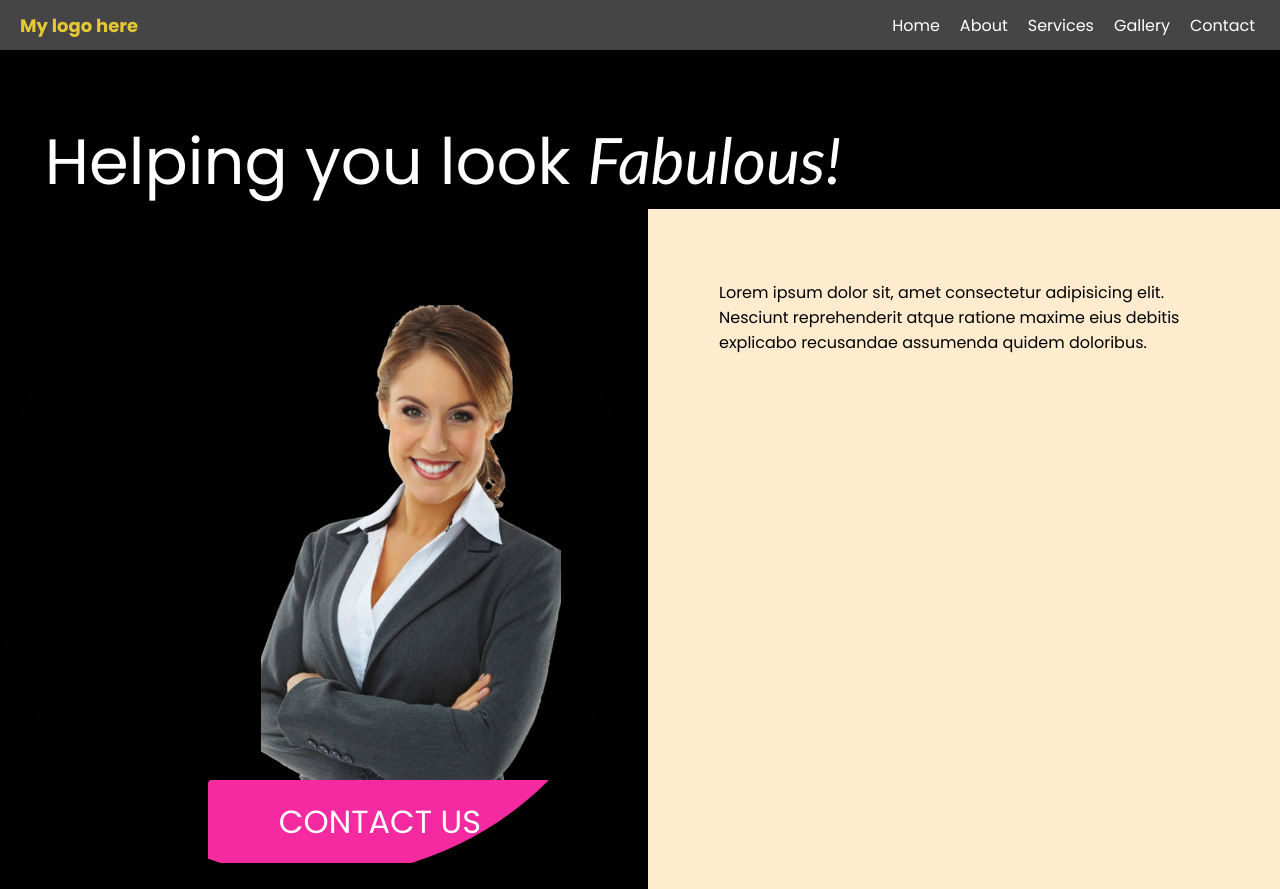
Repository: buzzedison/gardens
Page: index.html
These files come from the project's save history. The page is drawn as it stood at one moment and after the next save; the edit follows.
The browser window is 1280 px wide. The pictures show the whole page.

Above is the page before, as saved 2022-01-12 19:44:46.

### index.html
<!DOCTYPE html>
<html lang="en">
<head>
    <meta charset="UTF-8">
    <meta http-equiv="X-UA-Compatible" content="IE=edge">
    <meta name="viewport" content="width=device-width, initial-scale=1.0">
    <title>Navbar</title>
    <script src="index.js" defer></script>
    <link rel="stylesheet" href="/css/styles.css">
</head>
<body>
    <div>

        <Header>
            <div id="logo"> <a href="/">My logo here</a></div>
            <nav>
<ul>
    <li> <a href="/"> Home</a></li>
    <li> <a href="/"> About</a></li>
    <li> <a href="/"> Services</a></li>
    <li> <a href="/"> Gallery</a></li>
    <li> <a href="/">  Contact</a></li>
</ul>

 </nav>
            <!-- Mobile version -->
            <div id="mobile-icon" onclick="toggleMobileMenu(this)">
                <div class="bar1"></div>
                <div class="bar2"></div>
                <div class="bar3"></div>
                <ul class="mobile-menu">
                  <li><a href="/">Home</a></li>
                  <li><a href="/">About</a></li>
                  <li><a href="/">Services</a></li>
                  <li><a href="/">Gallery</a></li>
                  <li><a href="/">Contact</a></li>

                </ul>
              </div>
        </Header>
        <main class="container">
            <section1>
                <p class="section-title">Helping you look  <span id="fab">Fabulous!</span></p>
                <div class="grid">
                    <div>
                        <p class="text-grid"><img class ="img" src="images/woman.png">
                            <br/>
                            <a href="/" class="button"> CONTACT US </a>

                    </div>

                    <div>
                        <p class="text-grid">
                        Lorem ipsum dolor sit, amet consectetur adipisicing elit.
                        Nesciunt reprehenderit atque ratione maxime eius
                        debitis explicabo recusandae assumenda quidem doloribus. </p>
                    </div>
                </div>
            </section1>

        </main>
    </div>
</body>
</html>

### css/styles.css
@import url("https://fonts.googleapis.com/css2?family=Poppins:wght@400;700&display=swap");

* {
  padding: 0;
  margin: 0;
  box-sizing: border-box;
}

body {
  color: black;
  font-family: "Poppins", sans-serif;
  background-color:black;
}

header a {
  text-decoration: none;
}

header {
  padding: 0 20px;
  background-color: #444544;
  height: 50px;
  display: flex;
  justify-content: space-between;
}

#logo {
  font-weight: bold;
  font-size: 18px;
  display: flex;
  align-items: center;
}

#logo a {
  color: #e6c834;
}

ul {
  list-style: none;
  height: 100%;
  display: flex;
  align-items: center;
  justify-content: space-around;
}

ul a {
  color: white;
}

ul li {
  padding: 5px;
  margin-left: 10px;
}

ul li:hover {
  transform: scale(1.1);
  transition: 0.3s;
}




#mobile-icon {
  margin: auto 0;
  display: none;
  cursor: pointer;
}

#mobile-icon div {
  width: 35px;
  height: 3px;
  background-color: white;

  margin: 6px 0;
  transition: 0.4s;
}

.open .bar1 {
  -webkit-transform: rotate(-45deg) translate(-6px, 6px);
  transform: rotate(-45deg) translate(-6px, 6px);
}

.open .bar2 {
  opacity: 0;
}

.open .bar3 {
  -webkit-transform: rotate(45deg) translate(-6px, -8px);
  transform: rotate(45deg) translate(-6px, -8px);
}

.open .mobile-menu {
  display: flex;
  flex-direction: column;
  align-items: center;
  justify-content: flex-start;
}

.mobile-menu {
  display: none;
  position: absolute;
  top: 50px;
  left: 0;
  height: calc(100vh - 50px);
  width: 100%;

}

.mobile-menu li {
  margin-bottom: 10px;

}

@media only screen and (max-width: 600px) {
  header nav {
    display: none;
  }

  #mobile-icon {
    display: block;
  }
}


.section-title{
  color: white;
  font-size: 4em;
  padding-top: 1em;
  padding-left: 0.7em;


}

#fab {
  font-family: 'Trebuchet MS', 'Lucida Sans Unicode', 'Lucida Grande', 'Lucida Sans', Arial, sans-serif;
  font-style: italic;
}


.grid > div{
   padding:1em;
   background-color:blanchedalmond;
}

.grid > div:nth-child(odd){
  background-color:rgba(255, 248, 220, 0.003);
  clip-path: circle(50% at 50% 50%);
}

.grid{
  display:grid;
  grid-template-columns: 40% 60%;
  /* seperating columns */
  grid-column-gap: 1em;
  box-sizing: border-box;

  /* browser automatically breaks when it gets to 300px */
  grid-template-columns: repeat(auto-fit, minmax(300px, 1fr));

}

.text-grid {
  padding: 55px;
}



/* Buttons  */

a.button{
  display:inline-block;
  padding:0.55em 2.2em;
  border:none;
  margin:0 0.3em 0.3em 0;
  border-radius:0.12em;
  box-sizing: border-box;
  text-decoration:none;
  background-color:#F62AA0;
  float:right;

  font-weight:400;
  font-size:2em;
  color:#FFFFFF;
  text-align:center;
  transition: all 0.2s;
  }
  a.button1:hover{
  color:#000000;
  background-color:#FFFFFF;
  }
  @media all and (max-width:30em){
  a.button1{
  display:block;
  margin:0.4em auto;

  }
  }

  .img {
    float:right;
  }

Loaded but not shown: index.js (common file)

After the next save:
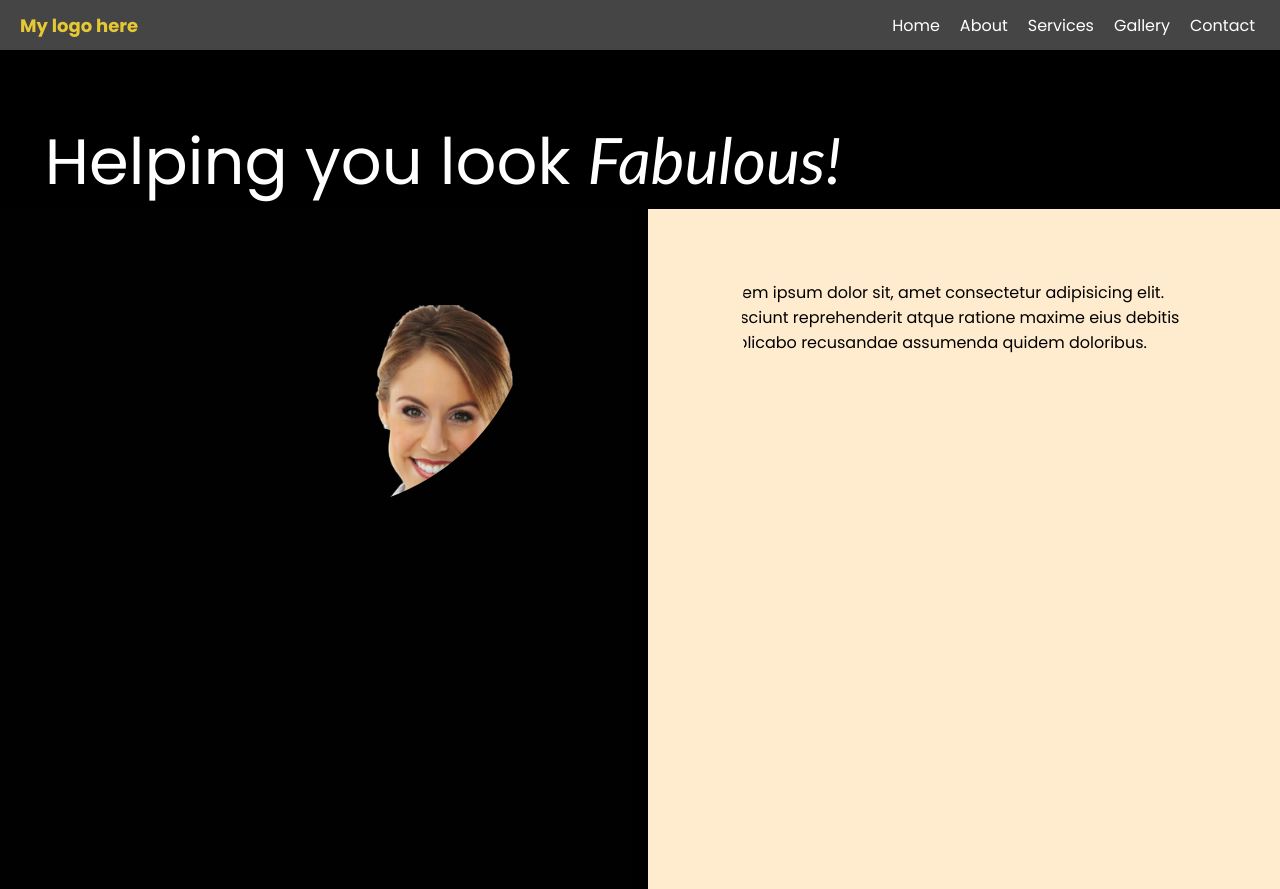
Saved 23 s later.
--- a/css/styles.css
+++ b/css/styles.css
@@ -144,7 +144,7 @@
 
 .grid > div:nth-child(odd){
   background-color:rgba(255, 248, 220, 0.003);
-  clip-path: circle(50% at 50% 50%);
+
 }
 
 .grid{
@@ -161,6 +161,7 @@
 
 .text-grid {
   padding: 55px;
+  clip-path: circle(50% at 50% 50%);
 }
 
 

After the save that followed:
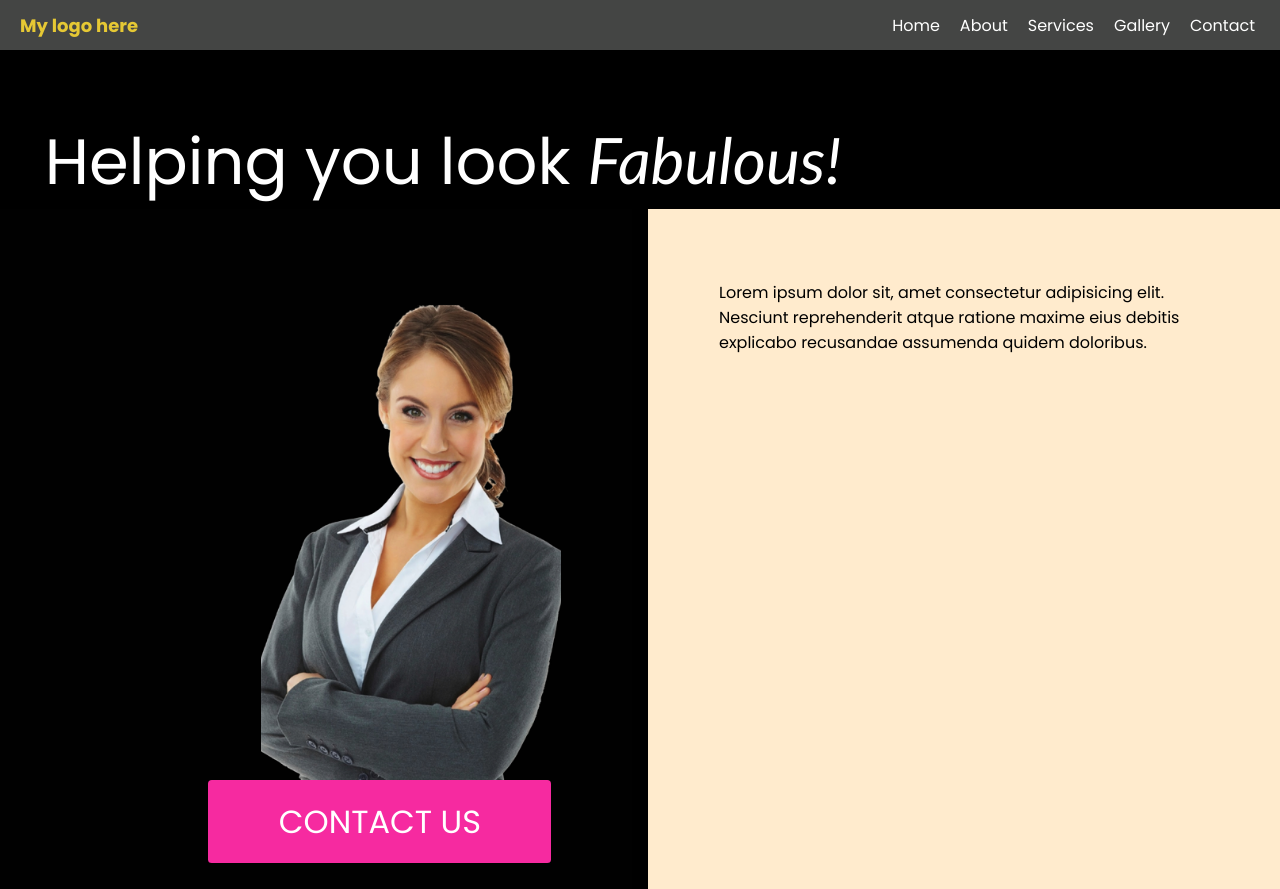
Saved 15 s later.
--- a/css/styles.css
+++ b/css/styles.css
@@ -161,7 +161,7 @@
 
 .text-grid {
   padding: 55px;
-  clip-path: circle(50% at 50% 50%);
+  background: clip-path: circle(50% at 50% 50%);
 }
 
 
